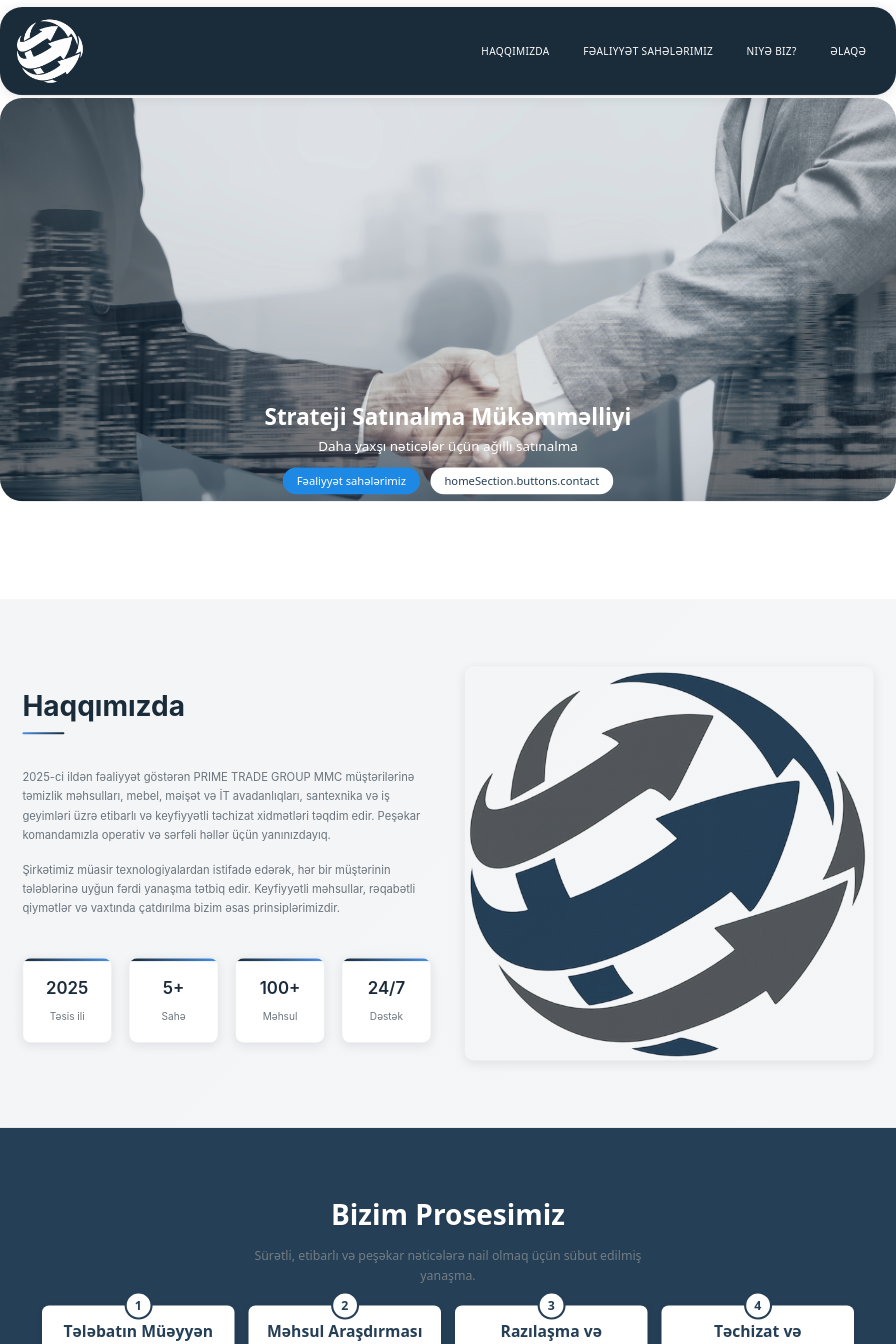
Repository: ferhadsultan98/primetradegroup
Page: /
These files come from the project's save history. The page is drawn as it stood at one moment and after the next save; the edit follows.
The browser window is 1280 px wide. The pictures show the part of the page from y = 0 to 1920 px (the page is 5248 px tall), at 70% of full size.
The page's requests for data from a server got no answer. The project was rebuilt for these pictures with package versions that can differ from the ones it lists, and the page was loaded fresh each time. No one was signed in, and anything a server would have sent is missing. Also part of the build but not shown: vite.config.js, src/Components/Mainlayout/MainLayout.scss, src/Pages/About/About.scss, src/Components/SectionHeader/SectionHeader.scss, src/Components/BreadCrumb/BreadCrumb.scss, src/Components/BreadCrumb/BreadCrumb.jsx, src/Components/SectionHeader/SectionHeader.jsx, src/Pages/About/About.jsx and 21 more.

Above is the page before, as saved 2025-08-09 15:52:38.

### index.html
<!doctype html>
<html lang="en">
 <head>
  <meta charset="UTF-8" />
  <meta name="viewport" content="width=device-width, initial-scale=1.0" />
  <title>PRIME TRADE GROUP</title>
  <link rel="shortcut icon" href="./public/assets/ptglogo.png" type="image/x-icon" />

  <!-- SEO Keywords: Procurement, Supply Chain, Tender (AZ, EN, RU) -->
  <meta name="keywords" content="
    satınalma, tender, təchizat zənciri, logistika, dövlət satınalmaları, idxal-ixrac, müqavilə idarəetməsi, anbarda idarəetmə,
    procurement, public procurement, supply chain, tenders, logistics, contract management, import-export, sourcing,
    закупки, тендеры, логистика, цепочка поставок, государственные закупки, импорт, контрактное управление
  " />


  <meta name="description" content="PRIME TRADE GROUP — satınalma, tender idarəçiliyi, təchizat və logistika sahəsində peşəkar xidmətlər təklif edən qabaqcıl şirkətdir." />


  <meta name="author" content="PRIME TRADE GROUP" />


  <meta name="robots" content="index, follow" />


  <meta property="og:title" content="PRIME TRADE GROUP" />
  <meta property="og:description" content="Satınalma, tender, təchizat və logistika sahəsində peşəkar həllər." />
  <meta property="og:image" content="https://primetradegroup.az/assets/lightlogo-C0YSJfqf.png" />
  <meta property="og:url" content="https://primetradegroup.com" />
  <meta property="og:type" content="website" />
  <meta property="og:locale" content="az_AZ" />


  <meta name="twitter:card" content="summary_large_image" />
  <meta name="twitter:title" content="PRIME TRADE GROUP" />
  <meta name="twitter:description" content="Tender və satınalma sahəsində güvənli partnyorunuz." />
  <meta name="twitter:image" content="https://example.com/preview-image.png" />
</head>

  <body>
    <div id="root"></div>
    <script type="module" src="/src/main.jsx"></script>
  </body>
</html>

### src/Components/Mainlayout/Mainlayout.jsx
import React from 'react';
import Header from '../Common/Header/Header';
import Footer from '../Common/Footer/Footer';
import './MainLayout.scss'

const MainLayout = ({ children }) => {
  return (
    <div>
      <Header />
     <main className='mainLayout'>{children}</main>
      <Footer />
    </div>
  );
};

export default MainLayout;

### src/Components/ScrollTopBtn/ScrollTopBtn.jsx
import React, { useState, useEffect } from 'react';
import { FaArrowUp } from 'react-icons/fa';
import './ScrollTopBtn.scss';

const ScrollTopBtn = () => {
  const [isVisible, setIsVisible] = useState(false);

  // Show button when page is scrolled down
  useEffect(() => {
    const toggleVisibility = () => {
      if (window.pageYOffset > 300) {
        setIsVisible(true);
      } else {
        setIsVisible(false);
      }
    };

    window.addEventListener('scroll', toggleVisibility);
    return () => window.removeEventListener('scroll', toggleVisibility);
  }, []);

  // Scroll to top smoothly
  const scrollToTop = () => {
    window.scrollTo({
      top: 0,
      behavior: 'smooth',
    });
  };

  return (
    <div className={`scroll-to-top ${isVisible ? 'visible' : ''}`}>
      <button onClick={scrollToTop} aria-label="Scroll to top">
        <FaArrowUp />
      </button>
    </div>
  );
};

export default ScrollTopBtn;

### src/App.css
@import url('https://fonts.googleapis.com/css2?family=Montserrat+Alternates:ital,wght@0,100;0,200;0,300;0,400;0,500;0,600;0,700;0,800;0,900;1,100;1,200;1,300;1,400;1,500;1,600;1,700;1,800;1,900&family=Quicksand:wght@300..700&display=swap');

body {
  /* font-family: 'Montserrat Alternates', 'Quicksand', sans-serif; */
font-family: system-ui, -apple-system, BlinkMacSystemFont, 'Segoe UI', Roboto, Oxygen, Ubuntu, Cantarell, 'Open Sans', 'Helvetica Neue', sans-serif;
  margin: 0;
  padding: 0;
   /* background: linear-gradient(90deg, #253f57 0%, #253f57 100%); */
}
*{
    margin: 0;
    padding: 0;
    box-sizing: border-box;
}
/* body{

      font-family: 'Montserrat Alternates', 'Quicksand', sans-serif;
} */
 /* Webkit tabanlı tarayıcılar (Chrome, Safari, Edge) için */
::-webkit-scrollbar {
    width: 45px; /* Kaydırma çubuğu genişliği */

}

::-webkit-scrollbar-track {
    background: transparent; /* Parça arka planı saydam */
}

::-webkit-scrollbar-thumb {
    background: #1a2b3a; /* Kaydırma çubuğu rengi */
    border-radius: 10px; /* Yuvarlak kenarlar */
}

::-webkit-scrollbar-thumb:hover {
    background: #2c3e50; /* Üzerine gelindiğinde daha açık renk (opsiyonel) */
}

::-webkit-scrollbar-button {
    display: none !important; /* Okları zorla gizler */
    width: 0; /* Genişlik sıfır */
    height: 0; /* Yükseklik sıfır */
}

/* Firefox için */
* {
    scrollbar-width: thin; /* İnce kaydırma çubuğu */
    scrollbar-color: #1a2b3a transparent; /* Kaydırma çubuğu rengi ve saydam arka plan */
}

/* Ekstra güvenlik için tüm elementlerde okları kaldırma */
html, body, div, section, article, aside, main {
    scrollbar-width: thin;
    scrollbar-color: #1a2b3a transparent;
}
button{
    outline: none;
}

### src/Pages/Home/HomeSection.jsx
import React, { useState, useEffect } from "react";
import { Helmet } from "react-helmet";
import "./HomeSection.scss";
import TestimonialsSection from "./TestimonialSection/TestimonialSection";
import CTASection from "./CTASection/CTASection";
import ProcessSection from "./ProcessSection/ProcessSection";
import ExpertiseSection from "./HomeAbout/HomeAbout";
import FAQSection from "./FAQSection/FAQSection";
import HeroSection from "./HeroSection/HeroSection";

const HomeSection = () => {
  return (
    <>
      <Helmet>
        <title>ANA SƏHİFƏ - PRIME TRADE GROUP MMC</title>
        <meta
          name="description"
          content="PRIME TRADE GROUP MMC-nin qlobal təchizat zəncirinin idarə olunması, strateji satınalma, rəqəmsal transformasiya və digər sahələrdəki peşəkarlığı ilə tanış olun."
        />
        <meta
          name="keywords"
          content="PRIME TRADE GROUP, təchizat zəncirinin idarə olunması, strateji satınalma, rəqəmsal transformasiya, logistika"
        />
        <meta name="robots" content="index, follow" />
      </Helmet>

      <section className="homeSection">
        <HeroSection />
        <ExpertiseSection />
        <ProcessSection />
        <TestimonialsSection />
        <FAQSection />
        <CTASection />
      </section>
    </>
  );
};

export default HomeSection;

### src/Components/ScrollTopBtn/ScrollTopBtn.scss
.scroll-to-top {
  position: fixed;
  bottom: 20px;
  right: 20px;
  opacity: 0;
  visibility: hidden;
  transition: all 0.3s ease-in-out;
  z-index: 1;

  &.visible {
    opacity: 1;
    visibility: visible;
  }

  button {
    background: linear-gradient(135deg, #253f57 0%, #52585a 100%);
    color: white;
    border: none;
    border-radius: 50%;
    width: 50px;
    height: 50px;
    cursor: pointer;
    display: flex;
    align-items: center;
    justify-content: center;
    box-shadow: 0 2px 5px rgba(0, 0, 0, 0.2);
    transition: background-color 0.3s ease, transform 0.3s ease;

    svg {
      font-size: 20px;
    }

    &:hover {
      background-color: white;
      transform: scale(1.1);
    }

    &:focus {
      outline: none;
      box-shadow: 0 0 0 3px rgba(0, 123, 255, 0.3);
    }
  }
}

### src/Pages/Home/HomeSection.scss
.homeSection {
  position: relative;
  width: 100%;
  overflow: hidden;
  background: #ffffff;


  .HeroSectioncontentWrapper {
    max-width: 1200px;
    padding: 0 20px;
    margin: 0 auto;
  }

  .sectionTitle {
    font-size: 2.5rem;
    font-weight: 700;
    color: #253f57;
    text-align: center;
    margin: 40px 0 20px;
  }

  .sectionDescription {
    font-size: 1.1rem;
    color: #52585a;
    text-align: center;
    max-width: 600px;
    margin: 0 auto 30px;
  }

  @keyframes slideContentFadeIn {
    0% {
      opacity: 0;
      transform: translateY(30px);
    }
    100% {
      opacity: 1;
      transform: translateY(0);
    }
  }

  @media screen and (max-width: 768px) {
    .HeroSectioncontentWrapper {
      padding: 0 15px;
    }

    .sectionTitle {
      font-size: 2rem;
    }

    .sectionDescription {
      font-size: 1rem;
    }
  }

  @media screen and (max-width: 480px) {
    .sectionTitle {
      font-size: 1.8rem;
    }

    .sectionDescription {
      font-size: 0.9rem;
    }
  }

  @media screen and (min-width: 1440px) {
    .HeroSectioncontentWrapper {
      max-width: 1400px;
      padding: 0 40px;
    }

    .sectionTitle {
      font-size: 3rem;
    }

    .sectionDescription {
      font-size: 1.2rem;
    }
  }
}

### src/Pages/Home/TestimonialSection/TestimonialSection.jsx
import React from 'react';
import './TestimonialSection.scss';

const TestimonialsSection = () => {
  const testimonials = [
    {
      quote: "Keyfiyyət təsadüf deyil, daim ağıllı səylərin nəticəsidir.",
      author: "John Ruskin"
    },
    {
      quote: "Etibar – qazanılması çətin, itirilməsi isə ani olan ən dəyərli kapitaldır.",
      author: "Warren Buffett"
    },
    {
      quote: "Təchizat zənciri işləri çox mürəkkəbdir.",
      author: "Elon Musk"
    }
  ];

  return (
    <section className="testimonialsSection">
      <div className="contentWrapper">
        <h2 className="sectionTitle">Tanınmış Şəxslərin Fikirləri</h2>
        <p className="sectionDescription">Sənaye liderlərindən ilhamverici sitatlar.</p>
        <div className="testimonialsGrid">
          {testimonials.map((testimonial, index) => (
            <div key={index} className="testimonialCard">
              <p className="testimonialQuote">{testimonial.quote}</p>
              <p className="testimonialAuthor">{testimonial.author}</p>
            </div>
          ))}
        </div>
      </div>
    </section>
  );
};

export default TestimonialsSection;

### src/Pages/Home/CTASection/CTASection.jsx
import React from "react";
import "./CTASection.scss";
import { useTranslation } from "react-i18next"
import { Link } from "react-router-dom";

const CTASection = () => {

  const { t } = useTranslation();

  return (
    <div className="ctaSection">
      <div className="ctaContent">
        <div className="ctaTitle">{t("contact.cta.title")}</div>
        <div className="ctaText">{t("contact.cta.text")}</div>
        <div className="ctaButtons">
          <Link to='' className="ctaButtonPrimary">
            {t("contact.cta.buttons.consultation")}
          </Link>
          <Link className="ctaButtonSecondary">
            {t("contact.cta.buttons.quote")}
          </Link>
        </div>
      </div>
    </div>
  );
};

export default CTASection;

### src/Pages/Home/ProcessSection/ProcessSection.jsx
import React from "react";
import "./ProcessSection.scss";

const ProcessSection = () => {
  const processData = {
    title: "Bizim Prosesimiz",
    description: "Sürətli, etibarlı və peşəkar nəticələrə nail olmaq üçün sübut edilmiş yanaşma.",
    steps: {
      demandIdentification: {
        step: "1",
        title: "Tələbatın Müəyyən Olunması",
        description: "Müştərinin ehtiyacları dəqiq öyrənilir və uyğun məhsul/xidmət kateqoriyaları müəyyənləşdirilir. Məsələn, ofis üçün mebel, texnika və ya təmizlik məhsulları."
      },
      productResearch: {
        step: "2",
        title: "Məhsul Araşdırması və Təklif",
        description: "Bazar araşdırması aparılır, uyğun məhsullar seçilir və optimal qiymət təklifi (xüsusiyyətlər, miqdar, qiymət, təhvil müddəti ilə) hazırlanır."
      },
      agreement: {
        step: "3",
        title: "Razılaşma və Müqavilələşmə",
        description: "Təklif qəbul olunduqdan sonra müqavilə bağlanır. Qiymət, çatdırılma, zəmanət və ödəniş şərtləri rəsmi sənədlərlə təsdiqlənir."
      },
      supplyDelivery: {
        step: "4",
        title: "Təchizat və Çatdırılma",
        description: "Məhsullar sifariş edilir və vaxtında, zədəsiz çatdırılır. Azərbaycanın bütün bölgələrinə operativ çatdırılma həyata keçirilir."
      },

      warrantyService: {
        step: "6",
        title: "Zəmanət və Satış Sonrası Xidmət",
        description: "Məhsul və xidmətlərə zəmanət verilir. Problemlər müştəri dəstək komandamız tərəfindən qısa zamanda həll edilir."
      }
    }
  };

  return (
    <div className="processSection">
      <div className="contentWrapper">
        <h2 className="sectionTitle">{processData.title}</h2>
        <p className="sectionDescription">{processData.description}</p>
        <div className="processGrid">
          {Object.keys(processData.steps).map((key, index) => (
            <div key={index} className="processCard">
              <div className="stepNumber">{processData.steps[key].step}</div>
              <h3 className="cardTitle">{processData.steps[key].title}</h3>
              <p className="cardDescription">{processData.steps[key].description}</p>
            </div>
          ))}
        </div>
      </div>
    </div>
  );
};

export default ProcessSection;

### src/Pages/Home/HomeAbout/HomeAbout.jsx
import React from 'react';
import './HomeAbout.scss';
import PTGLogo from '../../../../public/assets/ptglogo.png';

const HomeAbout = () => {
  return (
    <section className="homeAboutSection">
      <div className="homeAboutContainer">
        <div className="homeAboutContent">
          <h2 className="homeAboutTitle">Haqqımızda</h2>
          <p className="homeAboutDescription">
            2025-ci ildən fəaliyyət göstərən PRIME TRADE GROUP MMC müştərilərinə təmizlik
            məhsulları, mebel, məişət və İT avadanlıqları, santexnika və iş geyimləri üzrə
            etibarlı və keyfiyyətli təchizat xidmətləri təqdim edir. Peşəkar komandamızla
            operativ və sərfəli həllər üçün yanınızdayıq.
          </p>
          <p className="homeAboutDescription">
            Şirkətimiz müasir texnologiyalardan istifadə edərək, hər bir müştərinin tələblərinə
            uyğun fərdi yanaşma tətbiq edir. Keyfiyyətli məhsullar, rəqabətli qiymətlər və
            vaxtında çatdırılma bizim əsas prinsiplərimizdir.
          </p>

          <div className="homeAboutStats">
            <div className="homeAboutStat">
              <span className="stat-number">2025</span>
              <span className="stat-label">Təsis ili</span>
            </div>
            <div className="homeAboutStat">
              <span className="stat-number">5+</span>
              <span className="stat-label">Sahə</span>
            </div>
            <div className="homeAboutStat">
              <span className="stat-number">100+</span>
              <span className="stat-label">Məhsul</span>
            </div>
            <div className="homeAboutStat">
              <span className="stat-number">24/7</span>
              <span className="stat-label">Dəstək</span>
            </div>
          </div>
        </div>

        <div className="homeAboutImageWrapper">
          <img src={PTGLogo} alt="PRIME TRADE GROUP" className="homeAboutImage" />
        </div>
      </div>
    </section>
  );
};

export default HomeAbout;

### src/Pages/Home/HeroSection/HeroSection.jsx
import React, { useState, useEffect } from "react";
import Slide1 from "../../../../public/assets/Home/slide1.jpg";
import Slide2 from "../../../../public/assets/Home/slide2.jpg";
import Slide3 from "../../../../public/assets/Home/slide3.jpg";
import { useTranslation } from "react-i18next";
import './HeroSection.scss';

const HeroSection = () => {
  const { t } = useTranslation();
  const [currentSlide, setCurrentSlide] = useState(0);
  const slides = [
    {
      title: t("homeSection.slides.globalSupplyChain.title"),
      subtitle: t("homeSection.slides.globalSupplyChain.subtitle"),
      image: Slide1,
      alt: t("homeSection.slides.globalSupplyChain.alt"),
    },
    {
      title: t("homeSection.slides.strategicProcurement.title"),
      subtitle: t("homeSection.slides.strategicProcurement.subtitle"),
      image: Slide2,
      alt: t("homeSection.slides.strategicProcurement.alt"),
    },
    {
      title: t("homeSection.slides.digitalTransformation.title"),
      subtitle: t("homeSection.slides.digitalTransformation.subtitle"),
      image: Slide3,
      alt: t("homeSection.slides.digitalTransformation.alt"),
    },
  ];

  useEffect(() => {
    const interval = setInterval(() => {
      setCurrentSlide((prev) => (prev + 1) % slides.length);
    }, 4000);
    return () => clearInterval(interval);
  }, [slides.length]);

  return (
    <div className="sliderContainer">
      {slides.map((slide, index) => (
        <div
          key={index}
          className={`slideItem ${index === currentSlide ? "slideActive" : ""}`}
        >
          <img src={slide.image} alt={slide.alt} className="slideImage" />
          <div className="slideOverlay">
            <div className="HeroSectioncontentWrapper">
              <div className="slideContent">
                <h1 className="slideTitle">{slide.title}</h1>
                <h2 className="slideSubtitle">{slide.subtitle}</h2>
                <div className="buttonGroup">
                  <button className="servicesButton">Fəaliyyət sahələrimiz</button>
                  <button className="contactButton">{t("homeSection.buttons.contact")}</button>
                </div>
              </div>
            </div>
          </div>
        </div>
      ))}
    </div>
  );
};

export default HeroSection;

### src/Pages/Home/ProcessSection/ProcessSection.scss
.processSection {
  padding: 60px 0;
  background: #253f57;

  .contentWrapper {
    max-width: 1200px;
    padding: 0 20px;
    margin: 0 auto;
  }

  .sectionTitle {
    font-size: 2.5rem;
    font-weight: 700;
    color: #ffffff;
    text-align: center;
    margin: 40px 0 20px;
  }

  .sectionDescription {
    font-size: 1.1rem;
    color: #747d81;
    text-align: center;
    max-width: 600px;
    margin: 0 auto 30px;
  }

  .processGrid {
    display: grid;
    grid-template-columns: repeat(auto-fit, minmax(220px, 1fr));
    gap: 20px;

    .processCard {
      background: #ffffff;
      padding: 20px;
      border-radius: 10px;
      box-shadow: 0 4px 10px rgba(0, 0, 0, 0.1);
      text-align: center;
      position: relative;
      transition: transform 0.3s ease;

      &:hover {
        transform: translateY(-5px);
      }

      .stepNumber {
        position: absolute;
        top: -20px;
        left: 50%;
        transform: translateX(-50%);
        background: #ffffff;
        color: #253f57;
        width: 40px;
        height: 40px;
        border-radius: 50%;
        display: flex;
        align-items: center;
        justify-content: center;
        font-size: 1.1rem;
        font-weight: 600;
        border: 3px solid #253f57;
      }

      .cardTitle {
        font-size: 1.4rem;
        font-weight: 600;
        color: #253f57;
        margin-bottom: 10px;
      }

      .cardDescription {
        font-size: 0.9rem;
        color: #52585a;
      }
    }
  }

  @media screen and (max-width: 768px) {
    .contentWrapper {
      padding: 0 15px;
    }

    .sectionTitle {
      font-size: 2rem;
    }

    .sectionDescription {
      font-size: 1rem;
    }

    .processSection {
      padding: 40px 0;
    }

    .processGrid .processCard {
      padding: 15px;
    }
  }

  @media screen and (max-width: 480px) {
    .sectionTitle {
      font-size: 1.8rem;
    }

    .sectionDescription {
      font-size: 0.9rem;
    }

    .processGrid .processCard {
      .cardTitle {
        font-size: 1.2rem;
      }

      .cardDescription {
        font-size: 0.85rem;
      }
    }
  }

  @media screen and (min-width: 1440px) {
    .contentWrapper {
      max-width: 1400px;
      padding: 0 40px;
    }

    .sectionTitle {
      font-size: 3rem;
    }

    .sectionDescription {
      font-size: 1.2rem;
    }
  }
}

### src/Pages/Home/FAQSection/FAQSection.scss
.faqContainer {
  line-height: 1.6;
  color: #333;
  background: #253f57;

  .HomeFAQcontainerWrapper {
    margin: 0 auto;
    padding: 60px;
    max-width: 1200px;
  }

  .faqSection {
    .sectionTitle {
      text-align: center;
      font-size: 2.5rem;
      color: #ffffff;
      font-weight: 600;
      margin-bottom: 60px;
    }

    .faqList {
      display: flex;
      flex-direction: column;
      gap: 20px;

      .faqCard {
        background: white;
        padding: 30px;
        border-radius: 12px;
        box-shadow: 0 8px 30px rgba(37, 63, 87, 0.1);
        transition: transform 0.3s ease, box-shadow 0.3s ease;
        border-top: 4px solid #1a2b3a;

        &:hover {
          transform: translateY(-5px);
          box-shadow: 0 15px 40px rgba(37, 63, 87, 0.15);
        }

        .faqHeader {
          display: flex;
          justify-content: space-between;
          align-items: center;
          cursor: pointer;

          .faqQuestion {
            font-size: 1.3rem;
            color: #253f57;
            font-weight: 600;
            margin: 0;
            flex: 1;
          }

          .faqIcon {
            width: 24px;
            height: 24px;
            color: #253f57;
            flex-shrink: 0;
          }
        }

        .faqContent {
          margin-top: 20px;

          .faqAnswer {
            font-size: 1rem;
            color: #666;
            line-height: 1.7;
          }
        }
      }
    }
  }

  @media (max-width: 768px) {
    .HomeFAQcontainerWrapper {
      padding: 30px 15px;
    }

    .faqSection {
      .sectionTitle {
        font-size: 2rem;
      }

      .faqList {
        gap: 15px;

        .faqCard {
          padding: 20px;
        }
      }
    }
  }

  @media (max-width: 480px) {
    .HomeFAQcontainerWrapper {
      padding: 20px 10px;
    }

    .faqSection {
      .sectionTitle {
        font-size: 1.8rem;
        margin-bottom: 40px;
      }

      .faqList {
        .faqCard {
          padding: 15px;

          .faqHeader {
            .faqQuestion {
              font-size: 1.1rem;
            }
          }

          .faqContent {
            .faqAnswer {
              font-size: 0.9rem;
            }
          }
        }
      }
    }
  }
}

Loaded but not shown: src/main.jsx (common file); src/index.css (common file); src/Languages/RU/RU.json (385 lines, source omitted); src/Languages/EN/EN.json (385 lines, source omitted); src/Languages/AZ/AZ.json (361 lines, source omitted); src/Languages/i18n.js (38 lines, source omitted); src/Components/Common/Header/Header.scss (358 lines, source omitted); src/Components/Common/Footer/Footer.scss (331 lines, source omitted); src/Pages/Home/HomeAbout/HomeAbout.scss (308 lines, source omitted); src/Pages/Home/HeroSection/HeroSection.scss (246 lines, source omitted); src/Components/Common/Header/Header.jsx (149 lines, source omitted); src/Components/Common/Footer/Footer.jsx (128 lines, source omitted); src/Pages/Home/FAQSection/FAQSection.jsx (83 lines, source omitted); src/App.jsx (122 lines, source omitted); src/Pages/Home/CTASection/CTASection.scss (132 lines, source omitted); src/Pages/Home/TestimonialSection/TestimonialSection.scss (173 lines, source omitted)

After the next save:
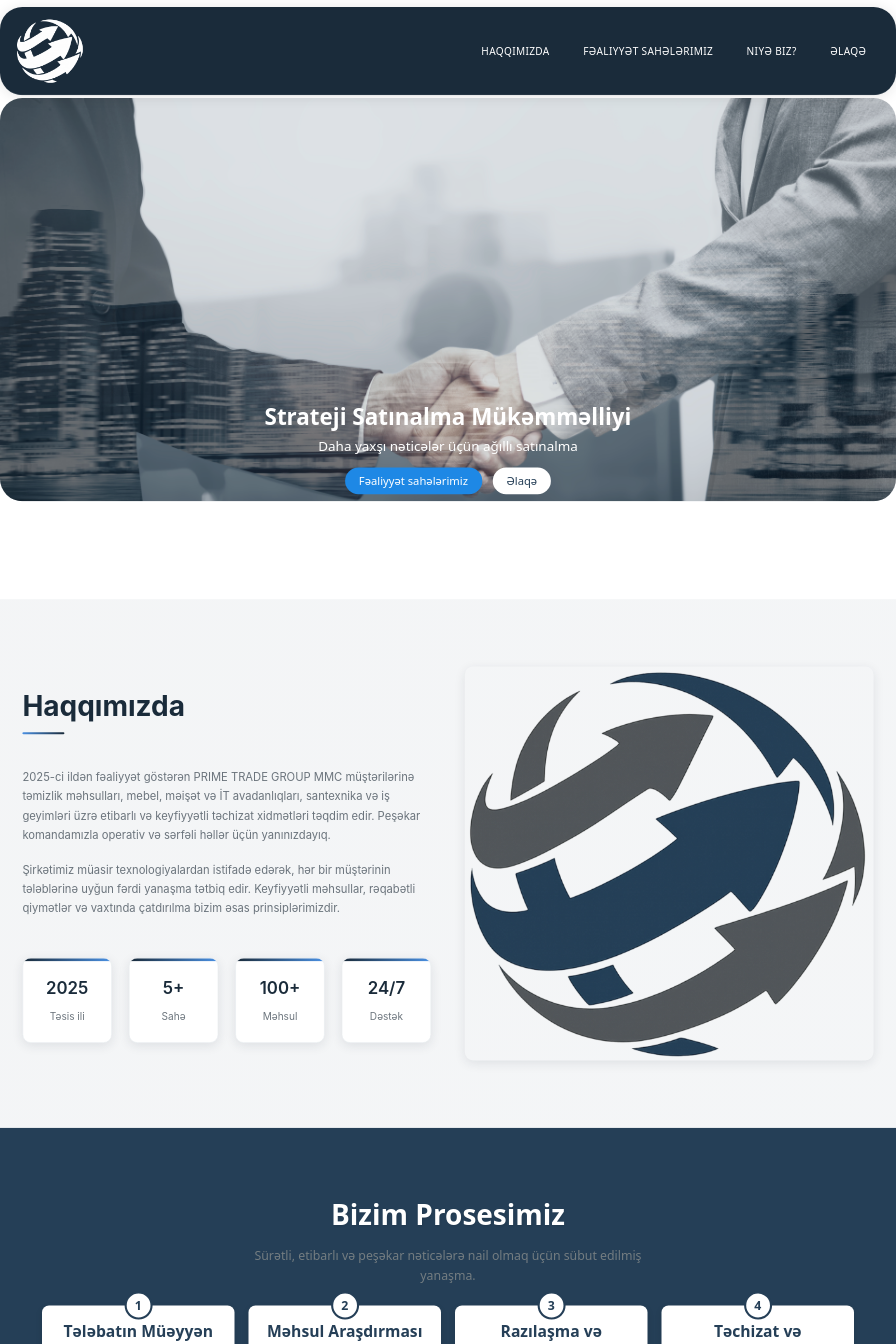
Saved 9 s later.
--- a/src/Pages/Home/HeroSection/HeroSection.jsx
+++ b/src/Pages/Home/HeroSection/HeroSection.jsx
@@ -51,7 +51,7 @@ const HeroSection = () => {
                 <h2 className="slideSubtitle">{slide.subtitle}</h2>
                 <div className="buttonGroup">
                   <button className="servicesButton">Fəaliyyət sahələrimiz</button>
-                  <button className="contactButton">{t("homeSection.buttons.contact")}</button>
+                  <button className="contactButton">Əlaqə</button>
                 </div>
               </div>
             </div>
